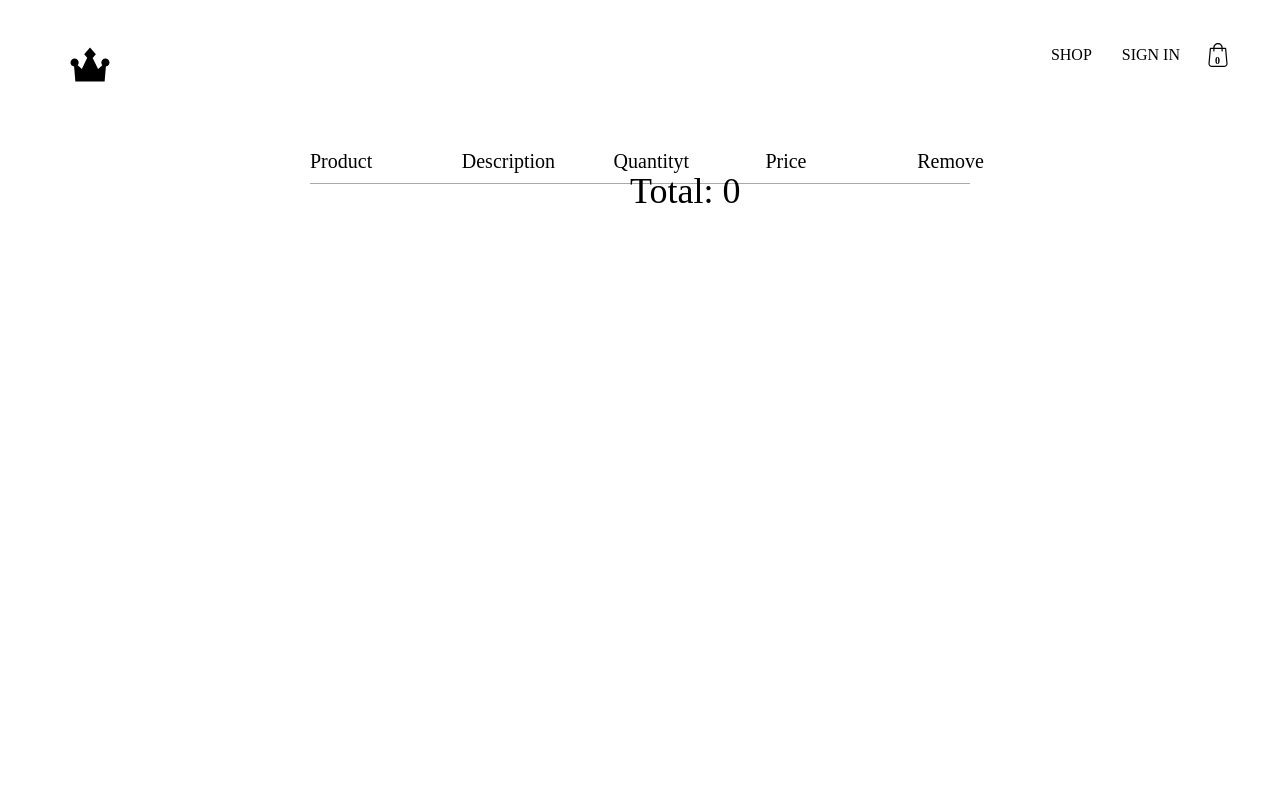
Repository: Chadi2000/crwn-clothing
Page: /checkout
These files come from the project's save history. The page is drawn as it stood at one moment and after the next save; the edit follows.
The browser window is 1280 px wide. The pictures show the whole page.
The project was rebuilt for these pictures with package versions that can differ from the ones it lists, and the page was loaded fresh each time. Also part of the build but not shown: src/categories.styles.scss, src/components/category-item/category-item.styles.scss, src/components/category-item/category-item.component.jsx, src/components/directory/directory.styles.scss, src/components/directory/directory.component.js, src/routes/home/home.component.jsx, src/components/button/button.styles.scss, src/components/button/button.component.jsx and 18 more.

Above is the page before, as saved 2024-02-19 00:05:51.

After the next save:
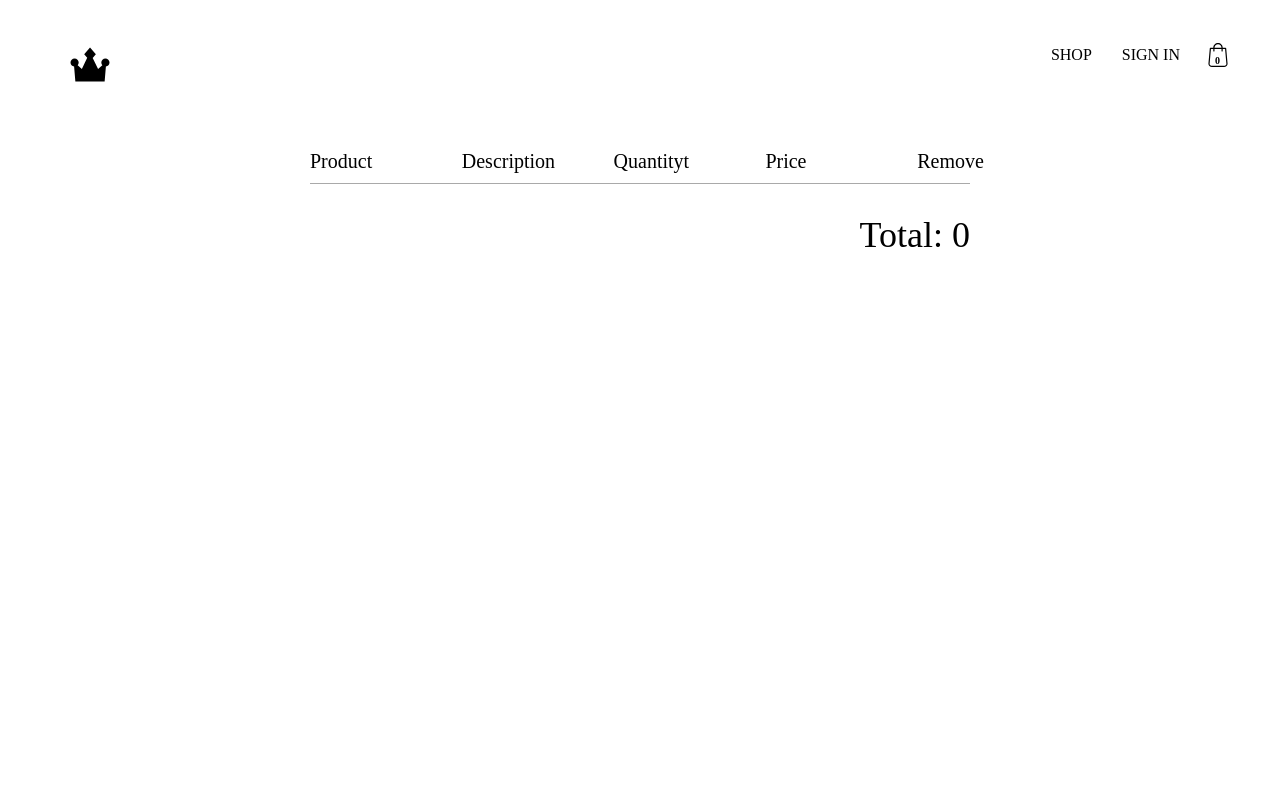
Saved 52 s later.
--- a/src/routes/checkout/checkout.styles.scss
+++ b/src/routes/checkout/checkout.styles.scss
@@ -41,10 +41,9 @@
         width: 23%;
     }
     .total{
-        position: absolute;
-        right: 10px;
-        width: 50%;
-        height: 120px;
+        margin-top: 30px;
+        margin-left: auto;
+        font-size: 36px;
 
     }
 }
